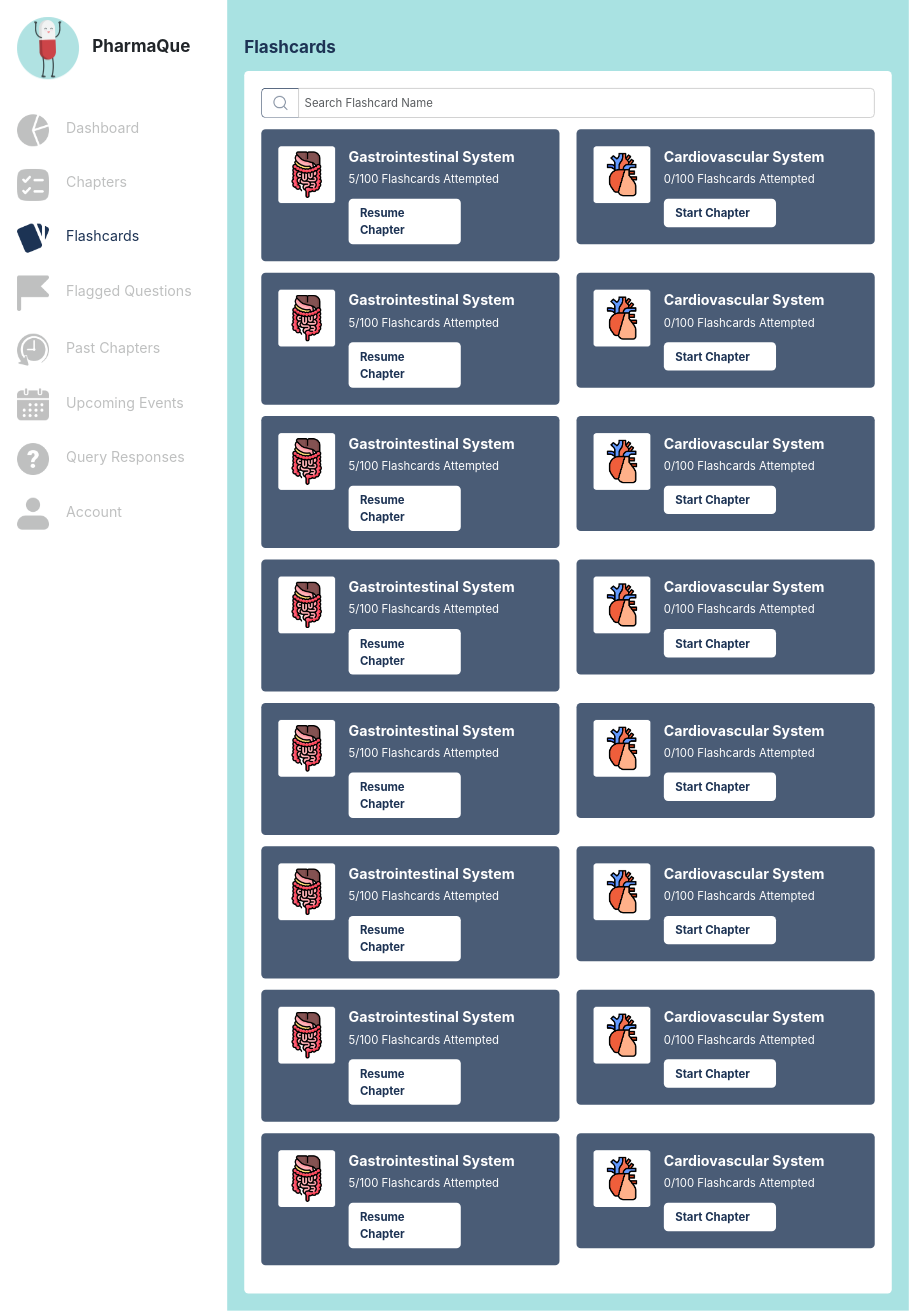
Repository: Kronium345/new_pharmaque_web_app
Page: /flashcards
An editor plug-in stored every save of this project. The page is shown before and after the next save, followed by the edit.
The browser window is 1280 px wide. The pictures show the whole page, at 71% of full size.
The page's requests for data from a server got no answer. The project was rebuilt for these pictures with package versions that can differ from the ones it lists, and the page was loaded fresh each time. No one was signed in, and anything a server would have sent is missing. Also part of the build but not shown: src/pages/Login.js, src/pages/MyAccount.js, src/pages/UpcomingEvents.js, src/pages/UpcomingEvents2.js, src/pages/Chapters.js, src/pages/Dashboard.js, src/pages/FlaggedQuestions.js, src/pages/FlashcardQuestion.js and 34 more.

Above is the page before, as saved 2024-03-10 22:52:42.

### public/index.html
<!DOCTYPE html>
<html lang="en">
  <head>
    <meta charset="utf-8" />
    <link rel="icon" type="image/x-icon" href="images/favicon.ico">
    <link href="https://cdn.jsdelivr.net/npm/bootstrap@5.3.2/dist/css/bootstrap.min.css" rel="stylesheet" integrity="sha384-T3c6CoIi6uLrA9TneNEoa7RxnatzjcDSCmG1MXxSR1GAsXEV/Dwwykc2MPK8M2HN" crossorigin="anonymous">
    <link href="style.css" rel="stylesheet">
    <meta name="viewport" content="width=device-width, initial-scale=1" />
    <meta name="theme-color" content="#000000" />
    <meta
      name="description"
      content="Web site created using create-react-app"
    />
    <link rel="apple-touch-icon" href="%PUBLIC_URL%/logo192.png" />
    <!--
      manifest.json provides metadata used when your web app is installed on a
      user's mobile device or desktop. See https://developers.google.com/web/fundamentals/web-app-manifest/
    -->
    <link rel="manifest" href="%PUBLIC_URL%/manifest.json" />
    <!--
      Notice the use of %PUBLIC_URL% in the tags above.
      It will be replaced with the URL of the `public` folder during the build.
      Only files inside the `public` folder can be referenced from the HTML.

      Unlike "/favicon.ico" or "favicon.ico", "%PUBLIC_URL%/favicon.ico" will
      work correctly both with client-side routing and a non-root public URL.
      Learn how to configure a non-root public URL by running `npm run build`.
    -->
    <title>PharmaQue Web App</title>
  </head>
  <body>
    <noscript>You need to enable JavaScript to run this app.</noscript>
    <div id="root"></div>
    <!--
      This HTML file is a template.
      If you open it directly in the browser, you will see an empty page.

      You can add webfonts, meta tags, or analytics to this file.
      The build step will place the bundled scripts into the <body> tag.

      To begin the development, run `npm start` or `yarn start`.
      To create a production bundle, use `npm run build` or `yarn build`.
    -->

    <script src = "script.js"></script>
  </body>
</html>

### src/pages/Flashcards.js
import axios from "axios";
import React, { useEffect } from "react";
import { useNavigate, Link } from "react-router-dom";
const Flashcards = () => {
  const navigate = useNavigate("");

  axios.defaults.withCredentials = true;
  useEffect(() => {
    axios.get("http://localhost:7171/auth/verify").then((res) => {
      if (res.data.status) {
      } else {
        navigate("/myaccount");
      }
      console.log(res);
    });
  }, []);

  return (
    <main>
      <div class="container-fluid p-0">
        <div class="row g-0">
          <div class="col-sm-3 leftnavigation p-4">
            <Link class="navbar-brand" to="/flashcards">
              <img src="images/Logo.png" alt="PharmaQue Logo" class="logo1" />
              <span class="fs-4 fw-bold mx-3">PharmaQue</span>
            </Link>
            <Link to="/dashboard" class="removeunderline inactivelink">
              <p class="pt-5 pb-3 m-0">
                <img
                  src="images/DashboardGrey.png"
                  class="navigationicon"
                  alt="navigation"
                />
                <span class="fs-5 navigationoption mx-4">Dashboard</span>
              </p>
            </Link>
            <Link to="/chapters" class="removeunderline inactivelink">
              <p class="py-3 m-0">
                <img
                  src="images/ChaptersGrey.png"
                  class="navigationicon"
                  alt="navigation"
                />
                <span class="fs-5 navigationoption mx-4">Chapters</span>
              </p>
            </Link>
            <Link to="/flashcards" class="removeunderline activelink">
              <p class="py-3 m-0">
                <img
                  src="images/FlashcardsColour.png"
                  class="navigationicon"
                  alt="navigation"
                />
                <span class="fs-5 navigationoption mx-4">Flashcards</span>
              </p>
            </Link>
            <Link to="/flaggedquestions" class="removeunderline inactivelink">
              <p class="py-3 m-0">
                <img
                  src="images/FlaggedQuestionsGrey.png"
                  class="navigationicon"
                  alt="navigation"
                />
                <span class="fs-5 navigationoption mx-4">
                  Flagged Questions
                </span>
              </p>
            </Link>
            <Link to="/pastchapters" class="removeunderline inactivelink">
              <p class="py-3 m-0">
                <img
                  src="images/PastChaptersGrey.png"
                  class="navigationicon"
                  alt="navigation"
                />
                <span class="fs-5 navigationoption mx-4">Past Chapters</span>
              </p>
            </Link>
            <Link to="/upcomingevents" class="removeunderline inactivelink">
              <p class="py-3 m-0">
                <img
                  src="images/UpcomingEventsGrey.png"
                  class="navigationicon"
                  alt="navigation"
                />
                <span class="fs-5 navigationoption mx-4">Upcoming Events</span>
              </p>
            </Link>
            <Link to="/queryresponses" class="removeunderline inactivelink">
              <p class="py-3 m-0">
                <img
                  src="images/QueryResponsesGrey.png"
                  class="navigationicon"
                  alt="navigation"
                />
                <span class="fs-5 navigationoption mx-4">Query Responses</span>
              </p>
            </Link>
            <Link to="/myaccount" class="removeunderline inactivelink">
              <p class="py-3 m-0">
                <img
                  src="images/AccountGrey.png"
                  class="navigationicon"
                  alt="navigation"
                />
                <span class="fs-5 navigationoption mx-4">Account</span>
              </p>
            </Link>
          </div>
          <div class="col-sm-9 p-4 maincontent">
            <p class="fs-4 mt-4 fw-bold navybluetext">Flashcards</p>
            <div class="row">
              <div class="col-sm-12">
                <div class="card p-4">
                  <form class="d-flex mb-3" role="search">
                    <div class="input-group">
                      <span class="input-group-text">
                        <img
                          src="images/SearchIcon.png"
                          class="smallericon mx-1"
                          alt="search"
                        />
                      </span>
                      <input
                        class="form-control px-2 py-2"
                        type="search"
                        placeholder="Search Flashcard Name"
                        aria-label="Search"
                      />
                    </div>
                  </form>
                  {FLASHCARDS.map((row, index) => (
                    <div class="row" key={index}>
                      <div class="col-sm-6 mb-3">
                        <div class="card p-4 mediumbluebg">
                          <div class="row">
                            <div class="col-sm-3">
                              <img
                                src="images/GastroIcon.png"
                                class="icon"
                                alt="icon"
                              />
                            </div>
                            <div class="col-sm-9">
                              <p class="fs-5 fw-bold whitetext mb-1">
                                Gastrointestinal System
                              </p>
                              <p class="fs-6 whitetext mb-3">
                                5/100 Flashcards Attempted
                              </p>

                              <Link
                                to="/flashcardquestion"
                                class="removeunderline boldtext navybluetext fw-bold"
                              >
                                <div class="px-3 py-2 whitebg pseudobutton">
                                  Resume Chapter
                                </div>
                              </Link>
                            </div>
                          </div>
                        </div>
                      </div>
                      <div class="col-sm-6 mb-3">
                        <div class="card p-4 mediumbluebg">
                          <div class="row">
                            <div class="col-sm-3">
                              <img
                                src="images/CardioIcon.png"
                                class="icon"
                                alt="icon"
                              />
                            </div>
                            <div class="col-sm-9">
                              <p class="fs-5 fw-bold whitetext mb-1">
                                Cardiovascular System
                              </p>
                              <p class="fs-6 whitetext mb-3">
                                0/100 Flashcards Attempted
                              </p>

                              <Link
                                to=""
                                class="removeunderline boldtext navybluetext fw-bold"
                              >
                                <div class="px-3 py-2 whitebg pseudobutton">
                                  Start Chapter
                                </div>
                              </Link>
                            </div>
                          </div>
                        </div>
                      </div>
                    </div>
                  ))}
                </div>
              </div>
            </div>
          </div>
        </div>
      </div>

      <script
        src="https://cdn.jsdelivr.net/npm/bootstrap@5.3.2/dist/js/bootstrap.bundle.min.js"
        integrity="sha384-C6RzsynM9kWDrMNeT87bh95OGNyZPhcTNXj1NW7RuBCsyN/o0jlpcV8Qyq46cDfL"
        crossorigin="anonymous"
      ></script>
      <script src="script.js"></script>
    </main>
  );
};

export default Flashcards;

const FLASHCARDS = [
  [
    {
      name: "Gastrointestinal System",
      image: "images/GastroIcon.png",
      questionsAttempted: "5/100 Flashcards Attempted",
      link: "/flashcardquestion",
    },
    {
      name: "Cardiovascular System",
      image: "images/CardioIcon.png",
      questionsAttempted: "0/100 Flashcards Attempted",
      link: "/flashcardquestion",
    },
  ],
  [
    {
      name: "Respiratory System",
      image: "images/RespiratoryIcon.png",
      questionsAttempted: "0/100 Flashcards Attempted",
      link: "/flashcardquestion",
    },
    {
      name: "Central Nervous System",
      image: "images/CNSIcon.png",
      questionsAttempted: "0/100 Flashcards Attempted",
      link: "/flashcardquestion",
    },
  ],
  [
    {
      name: "Infections",
      image: "images/InfectionsIcon.png",
      questionsAttempted: "0/100 Flashcards Attempted",
      link: "/flashcardquestion",
    },
    {
      name: "Endocrine",
      image: "images/EndocrineIcon.png",
      questionsAttempted: "0/100 Flashcards Attempted",
      link: "/flashcardquestion",
    },
  ],
  [
    {
      name: "Obstetrics, Gynaecology and Genitourinary tract",
      image: "images/GynaecologyIcon.png",
      questionsAttempted: "0/100 Flashcards Attempted",
      link: "/flashcardquestion",
    },
    {
      name: "Malignant Disease and Immunosuppression",
      image: "images/MalignantIcon.png",
      questionsAttempted: "0/100 Flashcards Attempted",
      link: "/flashcardquestion",
    },
  ],
  [
    {
      name: "Nutrition and Blood",
      image: "images/BloodIcon.png",
      questionsAttempted: "0/100 Flashcards Attempted",
      link: "/flashcardquestion",
    },
    {
      name: "Ophthalmology",
      image: "images/EyeIcon.png",
      questionsAttempted: "0/100 Flashcards Attempted",
      link: "/flashcardquestion",
    },
  ],
  [
    {
      name: "Skin",
      image: "images/SkinIcon.png",
      questionsAttempted: "0/100 Flashcards Attempted",
      link: "/flashcardquestion",
    },
    {
      name: "Anaesthesia",
      image: "images/AnaesthesiaIcon.png",
      questionsAttempted: "0/100 Flashcards Attempted",
      link: "/flashcardquestion",
    },
  ],
  [
    {
      name: "Immunological products and vaccines",
      image: "images/ImmunoIcon.png",
      questionsAttempted: "0/100 Flashcards Attempted",
      link: "/flashcardquestion",
    },
    {
      name: "Musculoskeletal & Joint diseases",
      image: "images/MusculoIcon.png",
      questionsAttempted: "0/100 Flashcards Attempted",
      link: "/flashcardquestion",
    },
  ],
  [
    {
      name: "Ear, Nose and Throat",
      image: "images/ENTIcon.png",
      questionsAttempted: "0/100 Flashcards Attempted",
      link: "/flashcardquestion",
    },
  ],
];

### src/quiz-styles/reset.css
.mainbg {
    background-image: url("./Blob.png");
    background-repeat: no-repeat;
    background-position: right;
    background-size: contain;
    background-color: #E9FFF9;
    min-height: 100vh;
}

.logo {

    max-width: 100px;
}

.smallicon {
    max-width: 25px;
    max-height: auto;
}

.smallericon {
    max-width: 20px;
    max-height: auto;
}

.tinyicon {
    max-width: 10px;
    max-height: auto;
}

.leftside {
    background-color: white;
    border-top-left-radius: 2%;
    border-bottom-left-radius: 2%;
}

.rightside {
    background-color: #9ED8D8;
    border-top-right-radius: 2%;
    border-bottom-right-radius: 2%;
}

.leftalign {
    text-align: left;
}

.form-label {
    font-size: 1.1rem;
}


.floatright {
    float: right;
}

.link {
    text-decoration: none;
    color: #212529;
}

.link:hover {
    font-weight: bold;
    text-decoration: underline;
}

.btn-primary {
    background-color: #1D3354;
    padding-top: 1%;
    padding-bottom: 2%;
    padding-left: 8%;
    padding-right: 8%;
}

.back {
    padding-left: 0%;
}

.btn-primary:hover {
    background-color: #212529;

}

Loaded but not shown: src/index.js (common file); src/index.css (common file); src/reportWebVitals.js (common file); src/App.js (94 lines, source omitted); public/script.js (20 lines, source omitted); public/style.css (544 lines, source omitted)

After the next save:
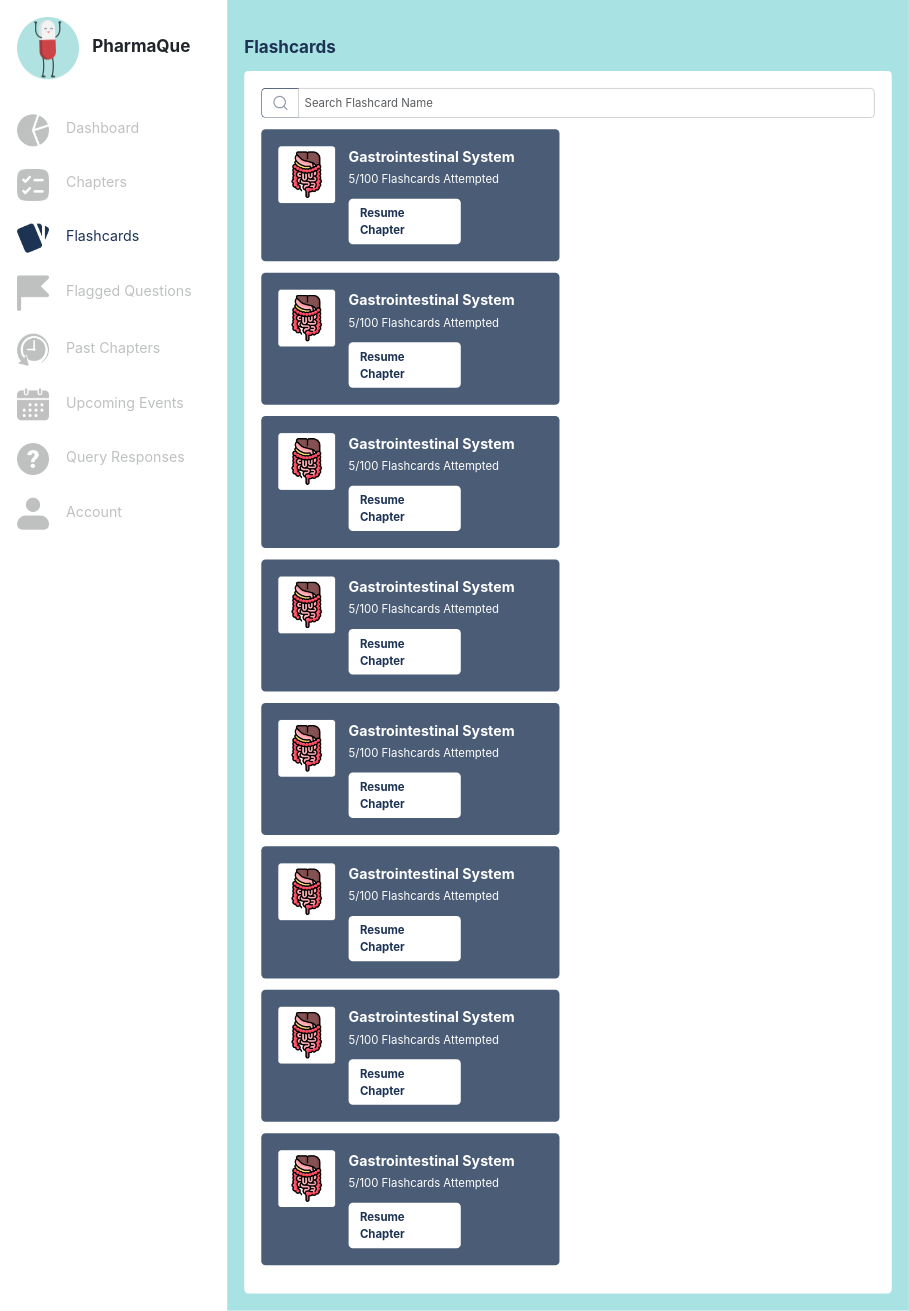
Saved 11 s later.
--- a/src/pages/Flashcards.js
+++ b/src/pages/Flashcards.js
@@ -161,36 +161,6 @@ const Flashcards = () => {
                           </div>
                         </div>
                       </div>
-                      <div class="col-sm-6 mb-3">
-                        <div class="card p-4 mediumbluebg">
-                          <div class="row">
-                            <div class="col-sm-3">
-                              <img
-                                src="images/CardioIcon.png"
-                                class="icon"
-                                alt="icon"
-                              />
-                            </div>
-                            <div class="col-sm-9">
-                              <p class="fs-5 fw-bold whitetext mb-1">
-                                Cardiovascular System
-                              </p>
-                              <p class="fs-6 whitetext mb-3">
-                                0/100 Flashcards Attempted
-                              </p>
-
-                              <Link
-                                to=""
-                                class="removeunderline boldtext navybluetext fw-bold"
-                              >
-                                <div class="px-3 py-2 whitebg pseudobutton">
-                                  Start Chapter
-                                </div>
-                              </Link>
-                            </div>
-                          </div>
-                        </div>
-                      </div>
                     </div>
                   ))}
                 </div>
